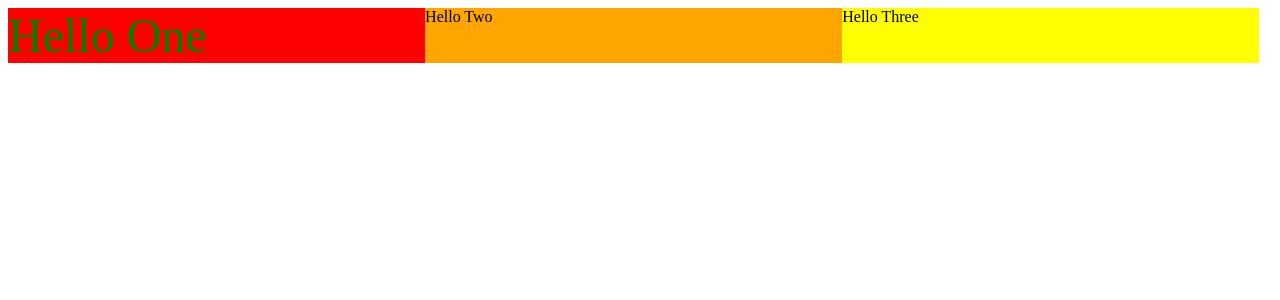
Repository: kchia/nycod14-class-demo
Page: index-2.html
The author's editor kept a record of every edit. The page is drawn from the files as they stood at one moment, then again after the next edit.
The browser window is 1280 px wide. The pictures show the whole page.
The pointer rests on the first visible `.hello:first-child`.

Above is the page before.

After the next edit:
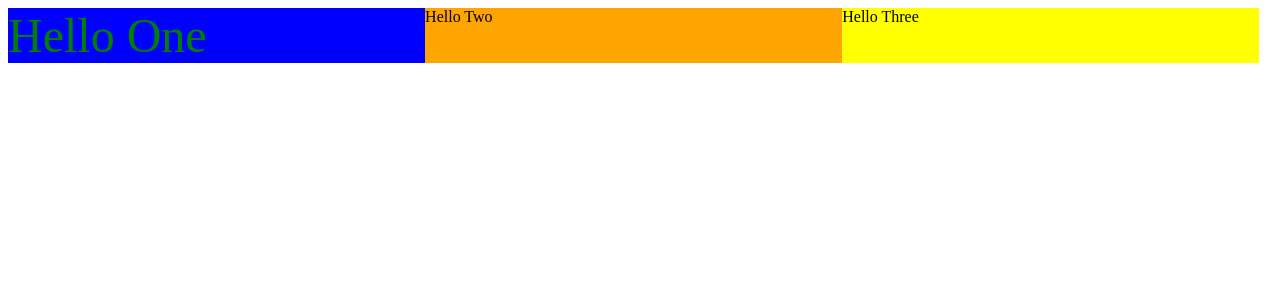
The edit:
--- a/index-2.html
+++ b/index-2.html
@@ -12,6 +12,9 @@
             }
             .hello:first-child {
                 background-color: red;
+            }
+            .hello:first-child:hover {
+                background-color: blue;
             }
             .hello:nth-child(2) {
                 background-color: orange;
